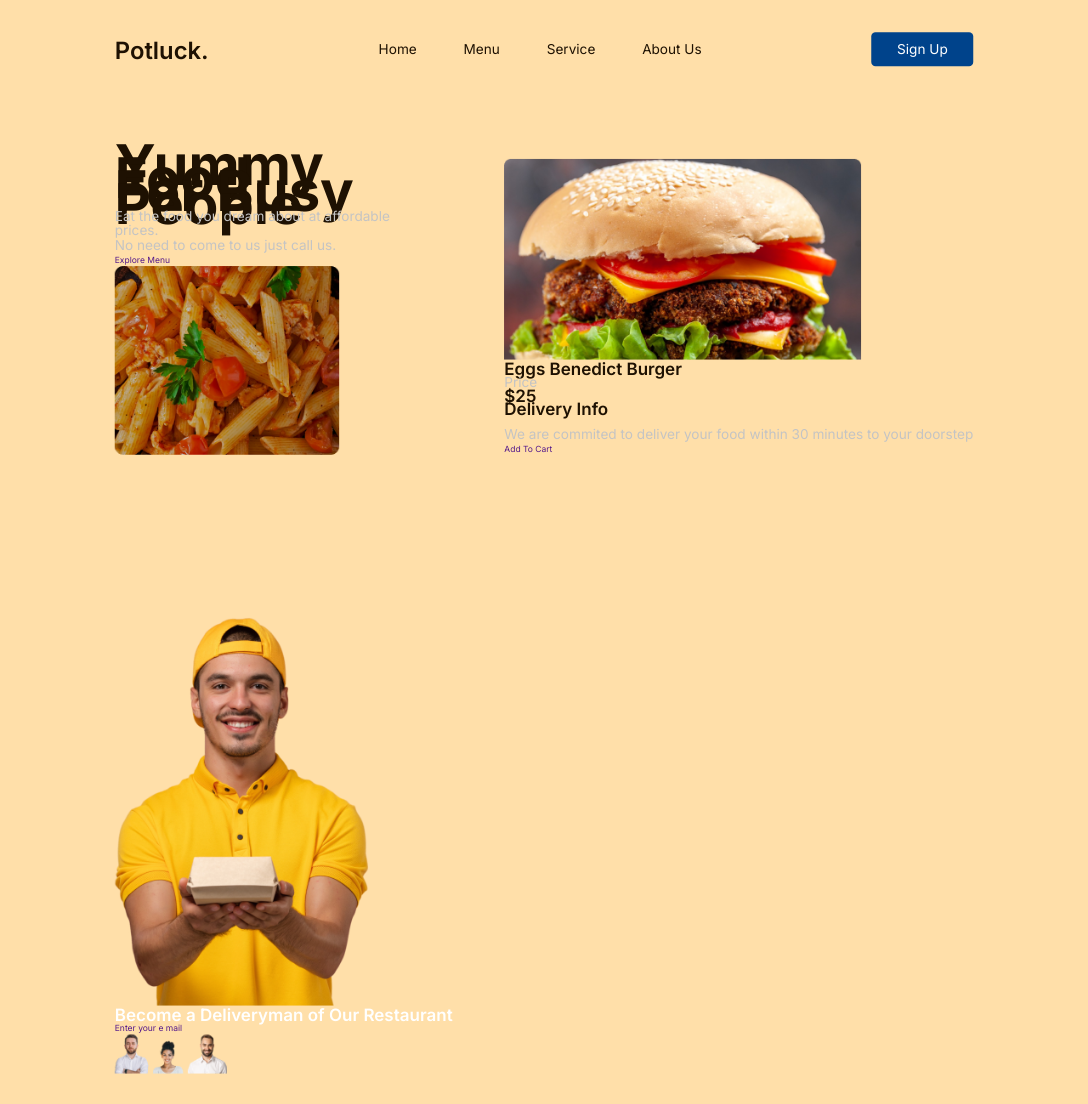
Repository: kien181999/potluck-restaurant-landing
Page: index.html
These files come from the project's save history. The page is drawn as it stood at one moment and after a run of saves; the edit follows.
The browser window is 1280 px wide. The pictures show the whole page, at 85% of full size.
The style sheet was rebuilt from its Sass, Less or Tailwind sources for each picture, by a compiler version that may differ from the author's.

Above is the page before, as saved 2022-06-18 05:42:42.

### index.html
<!DOCTYPE html>
<html lang="en">

<head>
    <meta charset="UTF-8">
    <meta http-equiv="X-UA-Compatible" content="IE=edge">
    <meta name="viewport" content="width=device-width, initial-scale=1.0">
    <link rel="stylesheet" href="/css/style.css">
    <title>Restaurant Landing Page</title>
</head>

<body>
    <div class="container">
        <section class="header">
            <div class="header__menu">
                <div class="header__menu--title">
                    <h2 class="heading-2">Potluck.</h2>
                </div>
                <ul class="header__menu--list">
                    <li class="header__menu--link">
                        <a href="" class="header__menu--item">Home</a>
                    </li>
                    <li class="header__menu--link">
                        <a href="" class="header__menu--item">Menu</a>
                    </li>
                    <li class="header__menu--link">
                        <a href="" class="header__menu--item">Service</a>
                    </li>
                    <li class="header__menu--link">
                        <a href="" class="header__menu--item">About Us</a>
                    </li>
                </ul>
                <div class="header__menu--button">
                    <a href="" class="btn__blue">Sign Up</a>
                </div>
            </div>
            <div class="header__content">
                <div class="header__content--text">
                    <div class="header__content--text-1">
                        <h1 class="heading-1">Yummy Food</h1>
                        <h1 class="heading-1">For Busy People</h1>
                    </div>
                    <div class="header__content--text-2">
                        <span class="heading-span">
                            Eat the food you dream about at affordable prices.
                        </span>
                        <br>
                        <span class="heading-span">
                            No need to come to us just call us.
                        </span>
                    </div>
                    <div class="header__content--text-button">
                        <a href="" class="btn__yellow">Explore Menu</a>
                    </div>
                    <div class="header__content--text-img">
                        <img src="/img/penne-pasta-tomato-sauce-with-chicken-tomatoes-wooden-table 1.png" alt=""
                            class="header__content--text-jpg">
                    </div>
                </div>
                <div class="header__content--card">
                    <div class="header__content--card--item">
                        <div class="header__content--card-img">
                            <img src="/img/front-view-tasty-meat-burger-with-cheese-salad-dark-background 1.png" alt=""
                                class="header__content--card--jpg">
                            <div class="header__content--card--icon--1">
                                <i class="ri-arrow-left-s-line"></i>
                            </div>
                            <div class="header__content--card--icon--2">
                                <i class="ri-heart-line"></i>
                            </div>
                        </div>
                        <div class="header__content--card--text">
                            <div class="header__content--card--title">
                                <h3 class="heading-3">
                                    Eggs Benedict Burger
                                </h3>
                            </div>
                            <div class="header__content--card-price">
                                <span class="heading-span">Price</span><h3 class="heading-3">$25</h3>
                            </div>
                            <div class="header__content--card--info">
                                <h3 class="heading-3">Delivery Info</h3>
                                <br>
                                <span class="heading-span">We are commited to deliver your food within 30 minutes to your doorstep</span>
                            </div>
                            <div class="header__content--card--button">
                                <a href="" class="btn-yellow">Add To Cart</a>
                            </div>
                        </div>
                    </div>
                </div>
            </div>
            <div class="header__hr">
                <div class="header__hr--img">
                    <img src="/img/front-view-male-courier-yellow-uniform-cape-holding-little-delivery-food-package-pink-background-removebg 1.png" alt="" class="header__hr--jpg">
                </div>
                <div class="header__hr--jd">
                    <div class="header__hr--jd--text">
                        <h3 class="heading-3-white">Become a Deliveryman of Our Restaurant</h3>
                    </div>
                    <div class="header__hr--jd--btn">
                        <a href="" class="btn-blue"><i class="ri-mail-line"></i>Enter your e mail</a>
                    </div>
                </div>
                <div class="header__hr--emp">
                    <div class="header__hr--emp--img">
                        <img src="./img/image 731.png" alt="" class="header__hr--emp-jpg">
                        <img src="./img/image 732.png" alt="" class="header__hr--emp-jpg">
                        <img src="./img/image 856.png" alt="" class="header__hr--emp-jpg">
                    </div>
                </div>
            </div>
        </section>
    </div>
</body>

</html>

### sass/main.scss
@import 'base';
@import 'typography';
@import 'variable';
@import 'header';
@import 'button';

### sass/_base.scss
@import url("https://fonts.googleapis.com/css2?family=Inter:wght@100;200;300;400;500;600;700;800&display=swap");

*{
    margin: 0;
    padding: 0;
    outline: none;
    text-decoration: none;
    box-sizing: border-box;
}

::before,::after{
    box-sizing: border-box;
}
html{
    box-sizing: border-box;
    font-size: 62.5%;
    scroll-behavior: smooth;
    font-family: var(--body-font);
}
body{
    padding: 0;
    margin: 0;
    line-height: 1.5rem;
    background-color: var(--body-color);
}
.container{
    padding: 3.2rem 13.5rem;
}

### sass/_typography.scss
.heading-1{
    font-family: var(--body-font);
    font-size: 6.6rem;
    color: var(--primary-color);
    font-weight: 700;
}
.heading-2{
    font-family: var(--body-font);
    font-size: 2.8rem;
    color: var(--primary-color);
    font-weight: 600;
}
.heading-3{
    font-family: var(--body-font);
    font-size: 2rem;
    color: var(--primary-color);
    font-weight: 600;
}
.heading-3-white{
    font-family: var(--body-font);
    font-size: 2rem;
    color: var(--white-color);
    font-weight: 600;
}
.heading-span{
    font-family: var(--body-font);
    font-size: 1.6rem;
    color: var(--text-color);
    font-weight: 400;
}

### sass/_variable.scss
:root{
    --body-color: #FFDFA9;
    --primary-color: #1E1102;
    --secondary-color: #58524A;
    --text-color: #c4c4c4;
    --blue-color: #196dc7;
    --bold-blue-color: #00438B;
    --yellow-color: #FF8D07;
    --white-color: #fff;
    --body-font: 'Inter', sans-serif;
}

### sass/_header.scss
.header{
    &__menu{
        display: flex;
        margin-bottom: 10rem;
        justify-content: space-between;
        align-items: center;
        height: 5.5rem;
        &--list{
            display: flex;
            list-style: none;
            justify-content: space-between;
            width: 38rem;
        }
        &--item{
            font-size: 1.6rem;
            color: var(--primary-color);
            text-decoration: none;
            transition: all .2s;
            &:hover{
                color: var(--yellow-color);
            }
        }
    }
    &__content{
        display: flex;
        justify-content: space-between;
        &--text{
            width: 35rem;
            height: 54rem;

        }
    }
}

### sass/_button.scss
.btn {
    &__blue {
        font-size: 1.6rem;
        color: var(--white-color);
        background-color: var(--bold-blue-color);
        padding: 1rem 3rem;
        border-radius: 5px;
        transition: all .2s;

        &:hover {
            background-color: var(--blue-color);
        }

        &:focus {
            outline: none;
            animation: pulsate 1s infinite;
        }
    }
}


@keyframes pulsate {
    0% {
        transform: scale(1);
        box-shadow: none;
    }

    50% {
        transform: scale(1.05);
        box-shadow: 0 1rem 4rem rgba(0, 0, 0, .25);
    }

    100% {
        transform: scale(1);
        box-shadow: none;
    }
}

After the next 2 saves:
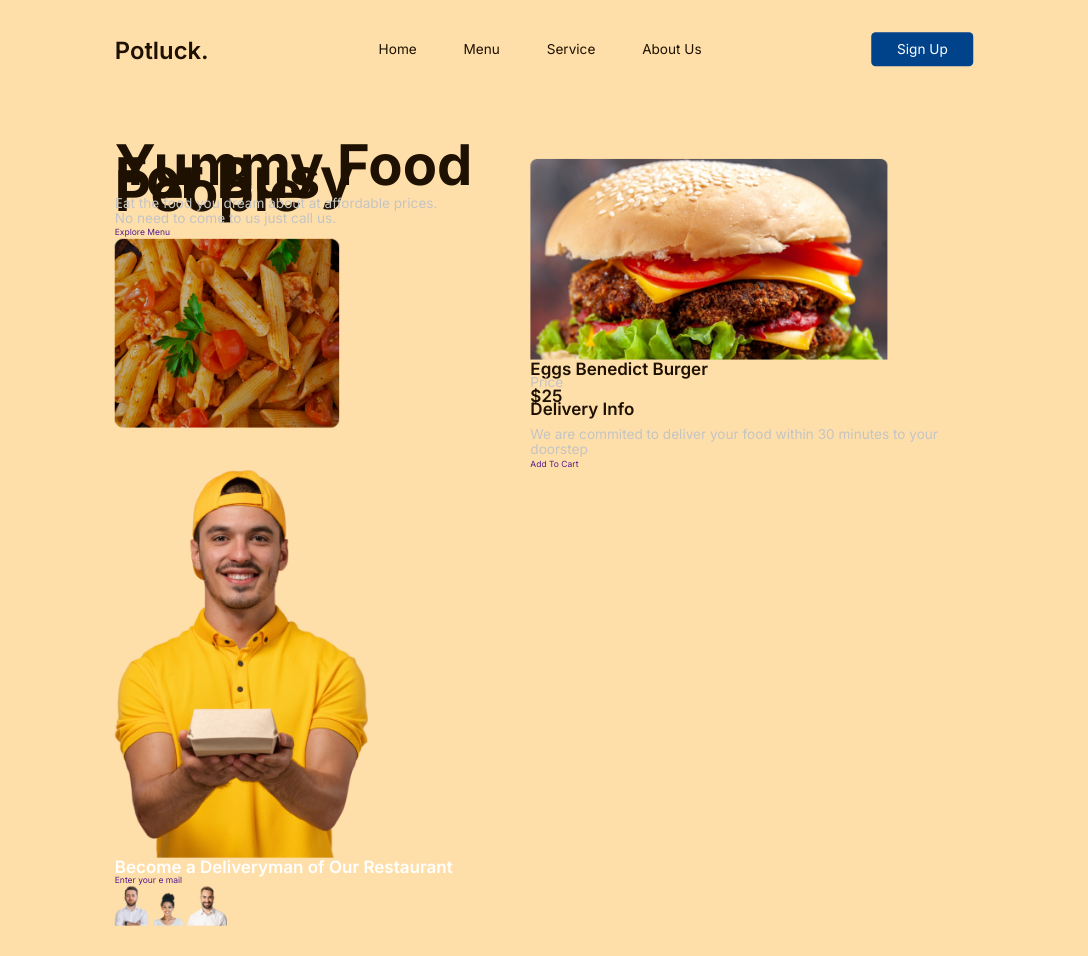
The 2 saves are shown as one change because they came seconds apart.
The last was saved 11 s later.
--- a/sass/_header.scss
+++ b/sass/_header.scss
@@ -25,8 +25,7 @@
         display: flex;
         justify-content: space-between;
         &--text{
-            width: 35rem;
-            height: 54rem;
+
 
         }
     }
